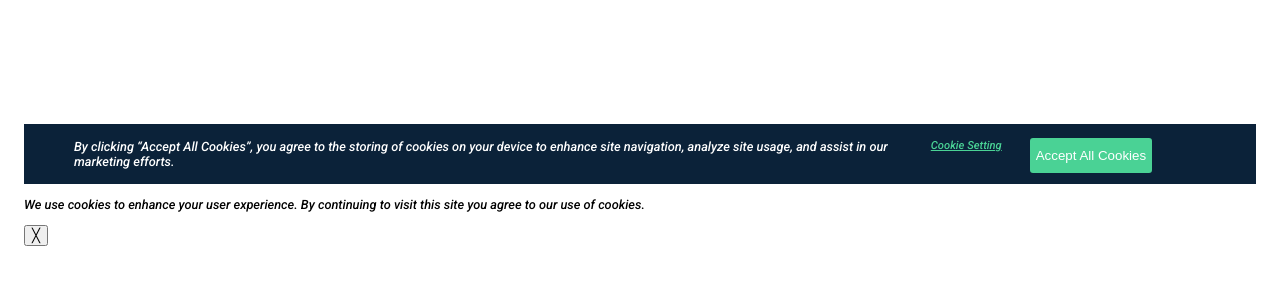
Repository: batonAnton/cursor_cookies_lectr3
Page: index.html
An editor plug-in stored every save of this project. The page is shown before and after the next save, followed by the edit.
The browser window is 1280 px wide. The pictures show the whole page.

Above is the page before, as saved 2022-06-01 11:43:50.

After the next save:
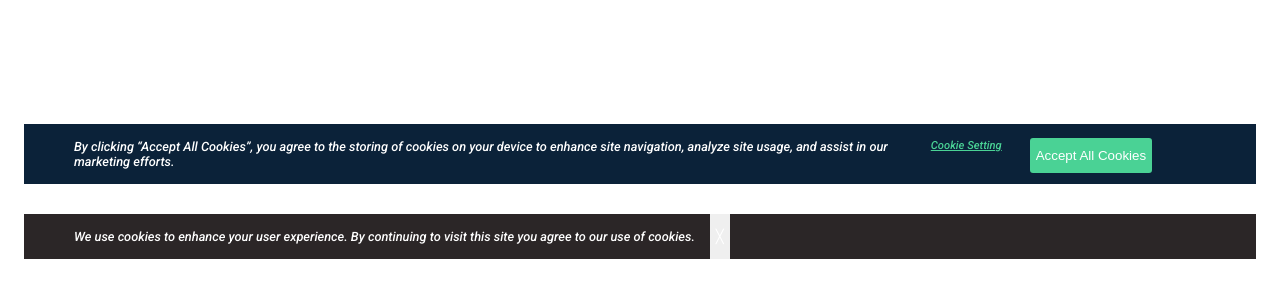
Saved 109 s later.
--- a/css/style.css
+++ b/css/style.css
@@ -17,7 +17,6 @@ p {
   margin: 15px 15px 15px 50px;
 }
 
-
 .banner_1 a {
   color: #4ad295;
   margin: 15px 28px;
@@ -34,3 +33,20 @@ p {
   border-radius: 3px;
   border: none;
 }
+
+.banner_2 {
+  width: 100%;
+  margin-top: 30px;
+  background-color: #2b2627;
+  display: inline-flex;
+}
+
+.banner_2 p {
+  color: #ffffff;
+  margin: 15px 15px 15px 50px;
+}
+
+.banner_2 button {
+  border: none;
+  color: #ffffff;
+}
